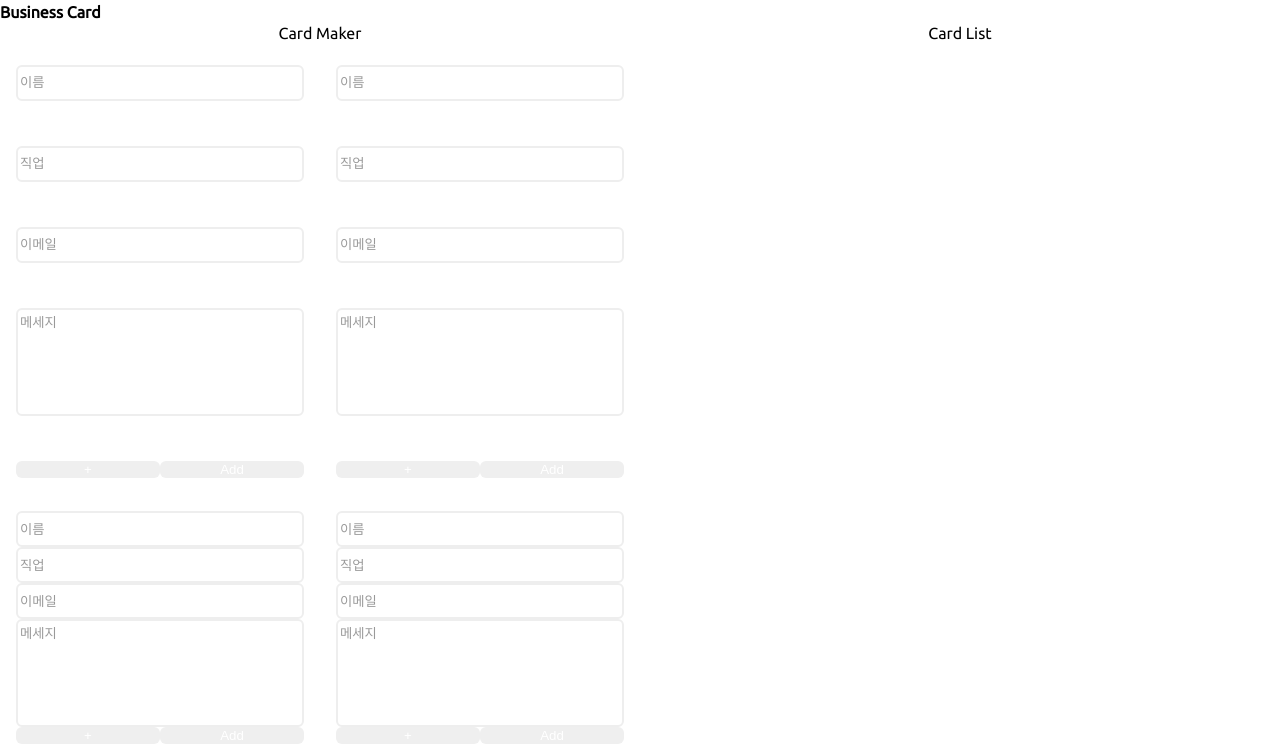
Repository: momo0170/react_businesscard
Page: /main
The author's editor kept a copy of each file at every save. The page is drawn from the files as they stood at one save, then again after a run of saves.
The browser window is 1280 px wide. The pictures show the whole page.
The page's requests for data from a server got no answer. The project was rebuilt for these pictures with package versions that can differ from the ones it lists, and the page was loaded fresh each time. No one was signed in, and anything a server would have sent is missing. Also part of the build but not shown: src/css/login.module.css, src/route/login.jsx.

Above is the page before, as saved 2022-08-14 22:45:39.

### public/index.html
<!DOCTYPE html>
<html lang="en">
  <head>
    <meta charset="utf-8" />
    <link rel="icon" href="%PUBLIC_URL%/favicon.ico" />
    <meta name="viewport" content="width=device-width, initial-scale=1" />
    <meta name="theme-color" content="#000000" />
    <meta
      name="description"
      content="Web site created using create-react-app"
    />
    <link rel="preconnect" href="https://fonts.googleapis.com" />
    <link rel="preconnect" href="https://fonts.gstatic.com" crossorigin />
    <link
      href="https://fonts.googleapis.com/css2?family=Noto+Sans+KR:wght@400;700&family=Ubuntu:ital,wght@0,400;1,500&display=swap"
      rel="stylesheet"
    />

    <title>App</title>
  </head>
  <body>
    <noscript>You need to enable JavaScript to run this app.</noscript>
    <div id="root"></div>
  </body>
</html>

### src/index.js
import React from 'react';
import ReactDOM from 'react-dom/client';
import './index.css';
import App from './app.jsx';
import { BrowserRouter } from 'react-router-dom';

const root = ReactDOM.createRoot(document.getElementById('root'));
root.render(
  <BrowserRouter>
    <App />
  </BrowserRouter>
);

### src/index.css
html {
  width: 100%;
  height: 100%;
}

body {
  width: 100%;
  height: 100%;
  margin: 0;
  font-family: 'Noto Sans KR', sans-serif;
  font-family: 'Ubuntu', sans-serif;
}

#root {
  width: 100%;
  height: 100%;
}

### src/app.jsx
import React, { useState, useRef } from 'react';
import { Routes, Route } from 'react-router-dom';

import Login from './route/login';
import Main from './route/main';

import { auth } from './service/firebase.js';
import './service/firebase.js';
import writeUserData from './service/database.js';
import {
  GoogleAuthProvider,
  signInWithPopup,
  createUserWithEmailAndPassword,
  onAuthStateChanged,
  signInWithEmailAndPassword,
  signOut,
} from 'firebase/auth';

// createUserWithEmailAndPassword : 회원가입
// signInWithEmailAndPassword : 로그인
// signOut : 로그아웃
// sendEmailVerifiacation : 회원가입한 이메일 유호 확인
// updateEmail : 회원가입한 아이디 이메일 변경
// updatePassword : 회원가입한 아이디 패스워드 변경
// sendPasswordResetEmail : 회원가입한 비빌먼호 재설정
// delete : 회원가입한 아이디 삭제
// reauthenticate : 아이디 재인증
// onAuthStateChanged : 사용자의 로그인 상태 변경 감시

function App() {
  const [registerEmail, setRegisterEmail] = useState('');
  const [registerPassword, setRegisterPassword] = useState('');
  const [loginEmail, setLoginEmail] = useState(''); // email 저장하는 변수
  const [loginPassword, setLoginPassword] = useState(''); // 비밀번호 저장하는 변수
  const [googleUserData, setGoogleUserData] = useState(null); // google 로그인 사용자 정보
  const [emailUserData, setEmailUserData] = useState(null); // email 로그인 사용자 정보
  const loginInputId = useRef(); // id input 태그 제어
  const loginInputPassword = useRef(); // password input 태그 제어

  // 회원가입
  const register = () => {
    createUserWithEmailAndPassword(auth, registerEmail, registerPassword)
      .then((userCredential) => {
        var registerUser = userCredential.user;
        console.log(registerUser);
      })
      .catch((error) => {
        var errorCode = error.code;
        var errorMessage = error.message;
        console.log(errorCode);
        console.log(errorMessage);
        // ..
      });
  };

  // 이메일 로그인
  const emailLogin = (e) => {
    e.preventDefault();
    loginInputId.current.value = '';
    loginInputPassword.current.value = '';
    signInWithEmailAndPassword(auth, loginEmail, loginPassword)
      .then((userCredential) => {
        const data = userCredential.user;
        setEmailUserData(data);
        console.log(data);
        document.location.href = '/main';
      })
      .catch((error) => {
        const errorCode = error.code;
        const errorMessage = error.message;
        console.log(errorCode);
        console.log(errorMessage);
      });
  };

  // 구글 로그인
  const googleLogin = () => {
    const provider = new GoogleAuthProvider(); // provider를 구글로 설정
    signInWithPopup(auth, provider) // popup을 이용한 signup
      .then((data) => {
        setGoogleUserData(data.user); // user data 설정
        console.log(data); // console로 들어온 데이터 표시
        document.location.href = '/main';
      })
      .catch((err) => {
        console.log(err);
      });
  };

  return (
    <Routes>
      <Route path="/">
        <Route
          path="login"
          element={
            <Login
              googleLogin={googleLogin}
              register={register}
              emailLogin={emailLogin}
              googleUserData={googleUserData}
              setGoogleUserData={setGoogleUserData}
              emailUserData={emailUserData}
              setEmailUserData={setEmailUserData}
              setLoginEmail={setLoginEmail}
              setLoginPassword={setLoginPassword}
              loginInputId={loginInputId}
              loginInputPassword={loginInputPassword}
            />
          }
        />
      </Route>
      <Route path="/main" element={<Main />} />
    </Routes>
  );
}

export default App;

### src/route/main.jsx
import React from 'react';
import { useState } from 'react';
import styles from '../css/main.module.css';
import CardMaker from '../components/cardMaker';

function Main() {
  const [maker, setMaker] = useState([
    {
      name: '창한',
      job: 'Front-End Developer',
      email: 'momo017097@gmail.com',
      message: '화이팅',
    },
    {
      name: 'Donald',
      job: 'FBI agent',
      email: 'dnd@gmail.com',
      message: 'Get down here',
    },
  ]);
  const [card, setCard] = useState([]);

  return (
    <>
      <header className={styles.header}>
        <span className={styles.title}>Business Card</span>
        <div>
          <span className={styles.logout}>로그아웃</span>
        </div>
      </header>
      <div className={styles.container}>
        {/* 카드 메이커 */}
        <div className={styles.cardMakerTitle}>
          <span>Card Maker</span>
          <div className={styles.cardMakers}>
            <CardMaker />
            <CardMaker />
            <CardMaker />
            <CardMaker />
          </div>
        </div>

        {/* 카드 리스트 */}
        <div className={styles.cardListTitle}>
          <span>Card List</span>
          <div className={styles.cardLists}></div>
        </div>
      </div>
    </>
  );
}

export default Main;

### src/service/firebase.js
import { initializeApp } from 'firebase/app';
import { getAuth } from 'firebase/auth';

const firebaseConfig = {
  apiKey: process.env.REACT_APP_API_KEY,
  authDomain: process.env.REACT_APP_AUTH_DOMAIN,
  projectId: process.env.REACT_APP_PROJECT_ID,
  storageBucket: process.env.REACT_APP_STORAGE_BUCKET,
  messagingSenderId: process.env.REACT_APP_MESSAGING_ID,
  appId: process.env.REACT_APP_APP_ID,
};
const app = initializeApp(firebaseConfig);
const auth = getAuth(app);

export { app, auth };

### src/service/database.js
import { getDatabase, ref, set } from 'firebase/database';

// set을 사용해서 지정된 참조에 데이터를 저장
// 해당 경로의 기존 데이터를 모두 바꿈
// 하위 노드를 포함하여 지정된 위치의 데이터를 덮어 씀
const writeUserData = (userId, name, email) => {
  const db = getDatabase();
  set(ref(db, '/main/users/' + userId), {
    username: name,
    email: email,
  });
};

// onValue 메소드가 이벤트를 관찰
// 이벤트가 발생하면 지정한 경로에 있는 콘텐츠의 정적 스냅샷을 읽음
// 처음에 리스너에 연결될 때 한 번 트리거되고, 하위 요소를 포함한 데이터가 변경될 때마다 다시 트리거
// 리스너는 이벤트 발생 시점에 지정된 위치에 있던 데이터르 포함하는 스냅샷을 수신
// val() 메소트를 이용해 스냅샷 데이터 검색 가능

export default writeUserData;

### src/css/main.module.css
@value normalBlue from '../common/colors.css';
@value marginNormal, fontXLarge, marginHigh, paddingLow, fontLarge, paddingNormal, paddingHigh, fontXXLarge from '../common/size.css';

.header {
  display: flex;
  justify-content: space-between;
  align-items: center;
  padding: paddingNormal paddingHigh;
  position: sticky;
  top: 0;
  background-color: white;
}

.title {
  color: normalBlue;
  margin: 0;
  font-size: fontXXLarge;
  font-weight: 600;
}

.logout {
  cursor: pointer;
  background-color: normalBlue;
  padding: paddingLow;
  color: white;
  font-weight: 600;
  border-radius: 6px;
}

.container {
  display: flex;
  height: 100vh;
}

.cardMakerTitle,
.cardListTitle {
  display: flex;
  flex-direction: column;
  align-items: center;
}
.cardMakerTitle,
.cardListTitle {
  /* background-color: grey; */
  flex: 1 1 50%;
}

.cardMakerTitle span,
.cardListTitle span {
  margin-bottom: marginNormal;
  font-size: fontXLarge;
}

.cardMakers,
.cardLists {
  width: 100%;
  height: 100%;
  display: grid;
  grid-template-columns: repeat(auto-fill, 50%);
  grid-template-rows: repeat(auto-fill, minmax(400px, 500px));
  justify-items: center;
  overflow: auto;
  row-gap: 10px;
}

### src/components/cardMaker.jsx
import styles from '../css/cardMaker.module.css';

function CardMaker() {
  return (
    <div className={styles.frame}>
      <input className={styles.name} placeholder="이름" />
      <input className={styles.job} placeholder="직업" />
      <input className={styles.email} placeholder="이메일" />
      <textarea className={styles.message} placeholder="메세지" />
      <div className={styles.btns}>
        <button className={styles.photoBtn}>+</button>
        <button className={styles.addBtn}>Add</button>
      </div>
    </div>
  );
}

export default CardMaker;

### src/css/cardMaker.module.css
@value normalBlue, cardBackground, cardBorder, cardAdd, cardDelete, photoAdd from '../common/colors.css';
@value marginNormal, fontXLarge, marginLow, marginHigh, paddingLow, fontLarge, paddingNormal, paddingHigh, fontXXLarge from '../common/size.css';

.frame {
  width: 90%;
  display: flex;
  flex-direction: column;
  justify-content: space-around;
  background-color: cardBackground;
  border: 1px solid cardBorder;
  border-radius: 6px;
}

input {
  margin: 0 marginHigh;
  margin-top: marginNormal;
  border: 2px solid #eeeeee;
  border-radius: 6px;
  padding-left: paddingLow;
}

.message {
  margin: marginHigh;
  margin-bottom: 0;
  border: 2px solid #eeeeee;
  border-radius: 6px;
  height: 100px;
  resize: none;
  padding: paddingLow;
}

.name,
.job,
.email {
  height: 30px;
}

input:focus,
.message:focus {
  border: 2px solid normalBlue;
}

input::placeholder,
.message::placeholder {
  color: rgba(0, 0, 0, 0.4);
}

.btns {
  display: flex;
  justify-content: space-between;
  margin: marginLow marginHigh;
}
.photoBtn,
.addBtn {
  outline: 0;
  border: 0;
  border-radius: 6px;
  cursor: pointer;
  flex: 1 1 50%;
  color: white;
  padding: paddingNormal 0;
}

.photoBtn {
  background-color: photoAdd;
  margin-right: marginLow;
}
.addBtn {
  background-color: normalBlue;
}

After the next 2 saves:
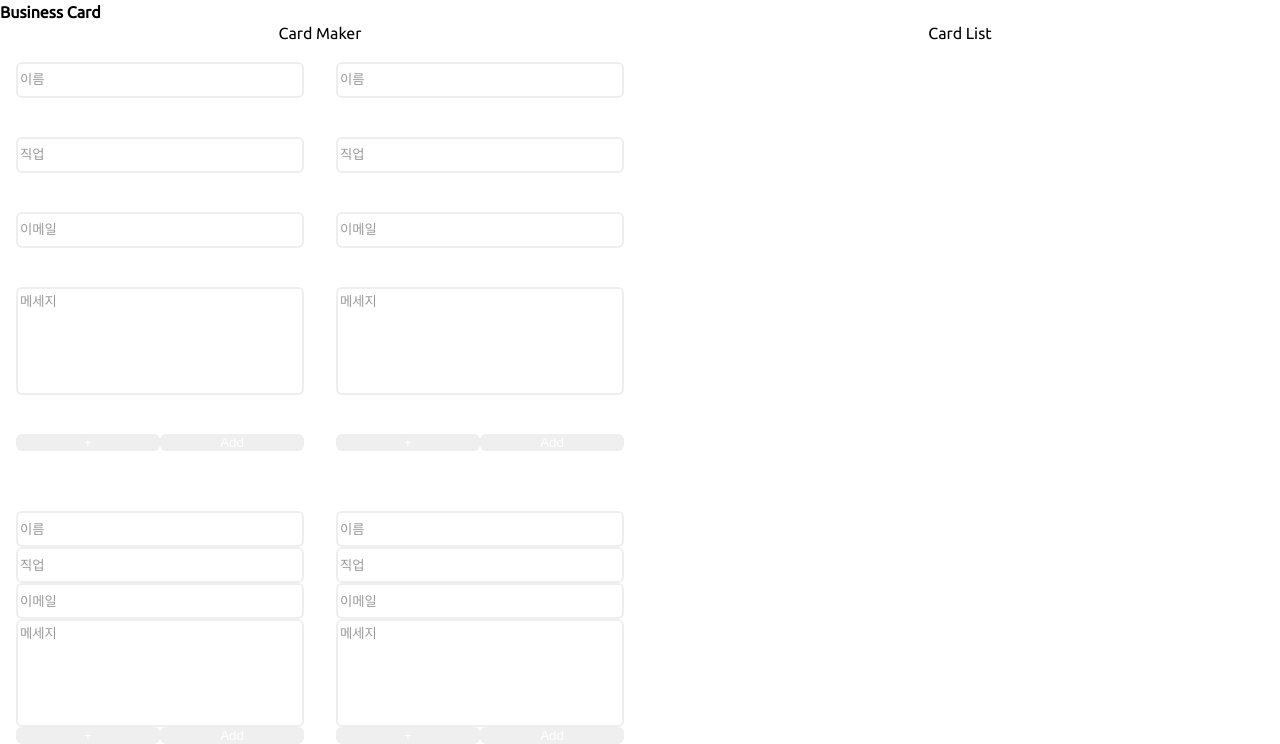
The 2 saves are shown as one change because they came seconds apart.
The last was saved 21 s later.
--- a/src/css/main.module.css
+++ b/src/css/main.module.css
@@ -59,5 +59,5 @@
   grid-template-rows: repeat(auto-fill, minmax(400px, 500px));
   justify-items: center;
   overflow: auto;
-  row-gap: 10px;
+  row-gap: 40px;
 }
